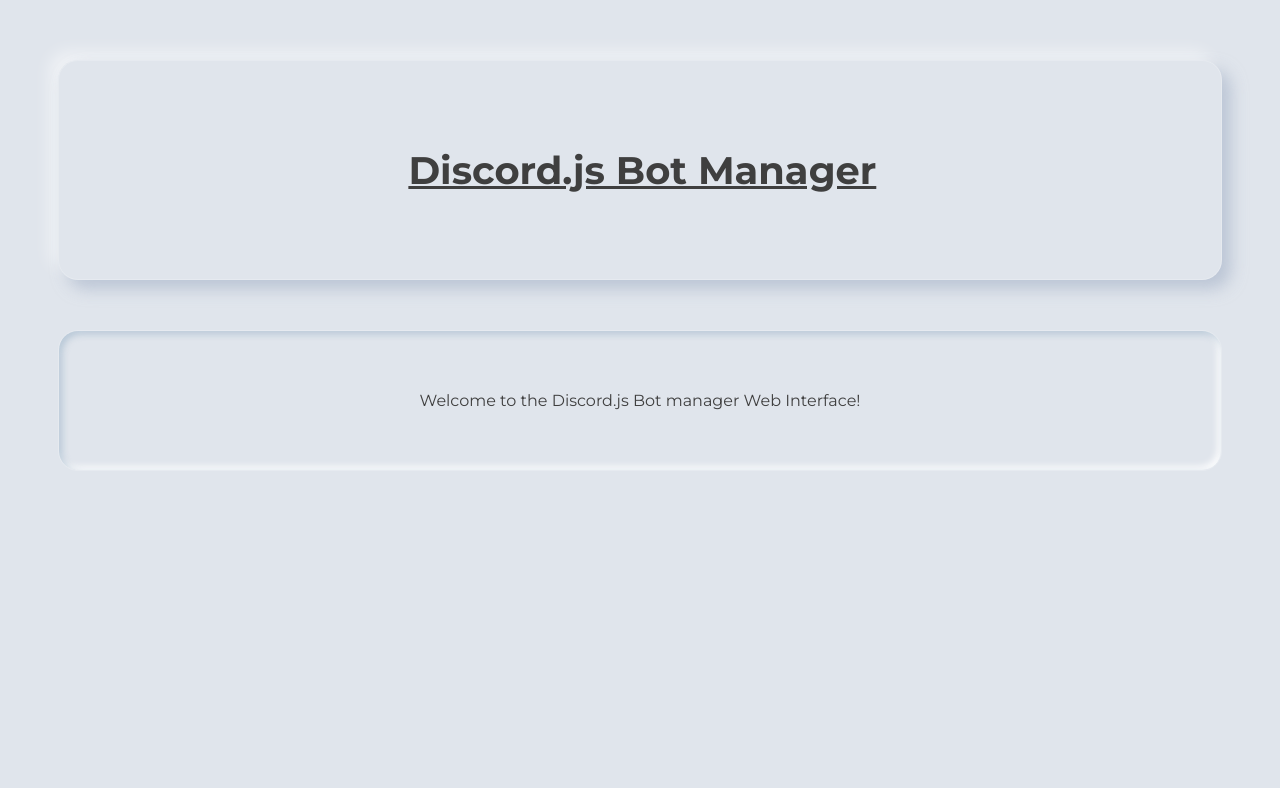
Repository: O-Schell/Discord-Bot-Manager
Page: Web_Interface/main.HTML
These files come from the project's save history. The page is drawn as it stood at one moment and after the next save; the edit follows.
The browser window is 1280 px wide. The pictures show the whole page.
The style sheet was rebuilt from its Sass, Less or Tailwind sources for each picture, by a compiler version that may differ from the author's.

Above is the page before, as saved 2020-11-23 10:04:31.
Not found: Web_Interface/script.js

After the next save:
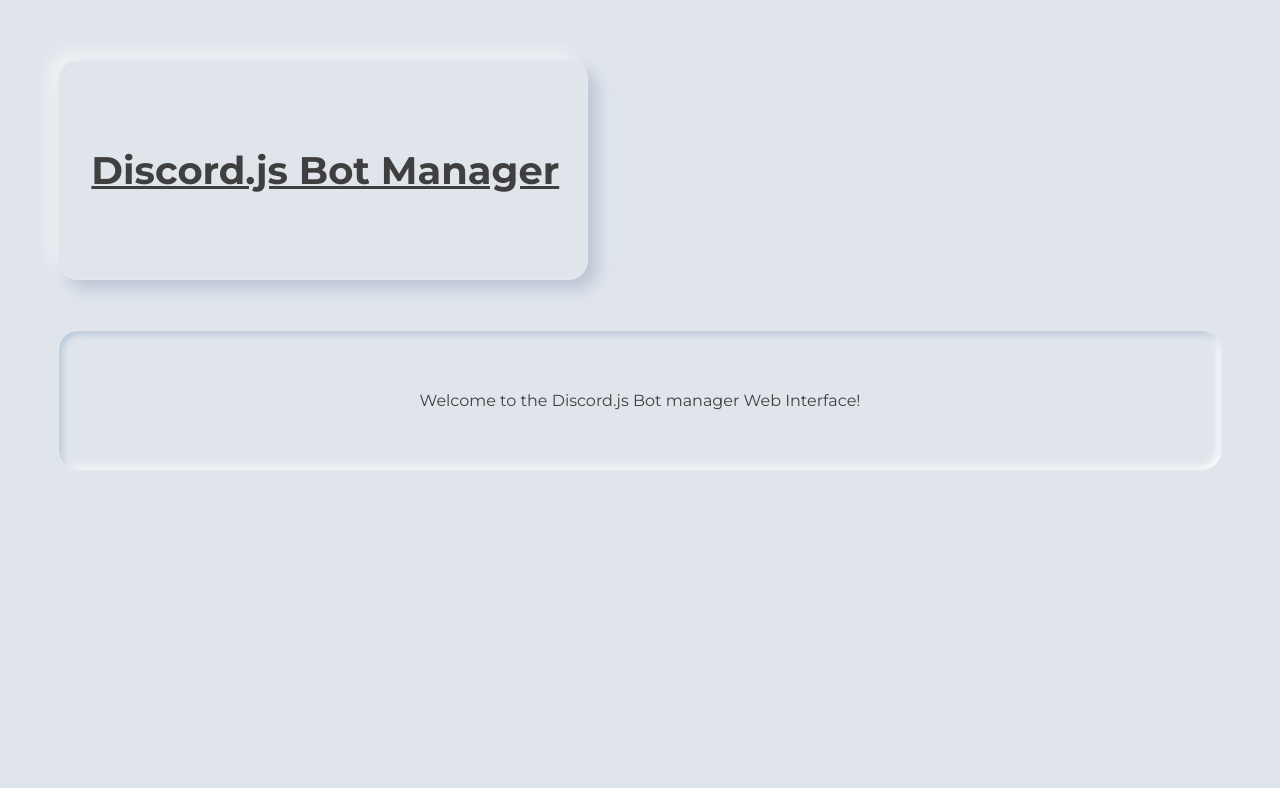
Saved 47 s later.
--- a/Web_Interface/main.HTML
+++ b/Web_Interface/main.HTML
@@ -15,7 +15,7 @@
         padding-right: 50px;
       "
     >
-      <div class="row" >
+      <div class="row" style="width: max-content;" >
         <div class="card-w col-md-4">
           <div class="card neumorphism">
             <div class="card__icon"></div>

After the 2 saves that followed:
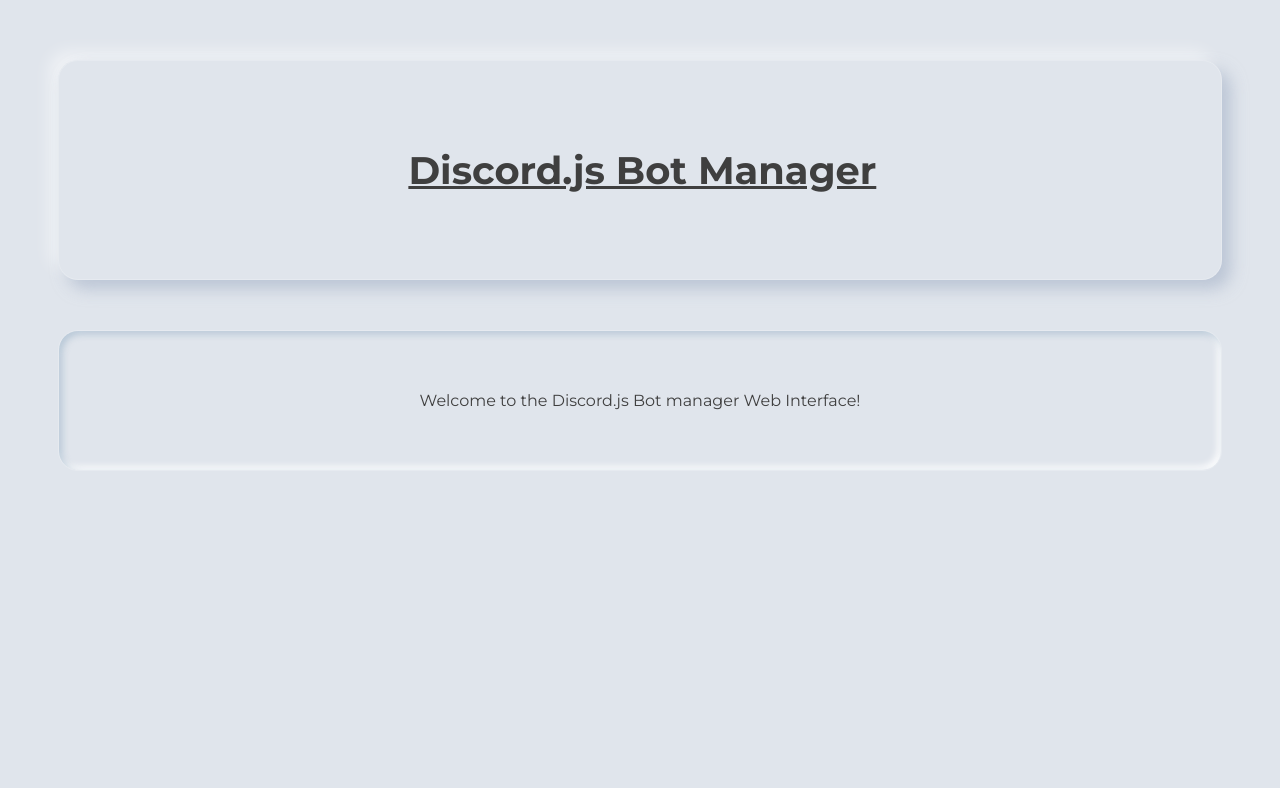
The 2 saves are shown as one change because 1 left the picture as it was.
The last was saved 48 s later.
--- a/Web_Interface/main.HTML
+++ b/Web_Interface/main.HTML
@@ -15,11 +15,11 @@
         padding-right: 50px;
       "
     >
-      <div class="row" style="width: max-content;" >
+      <div class="row">
         <div class="card-w col-md-4">
           <div class="card neumorphism">
             <div class="card__icon"></div>
-            <div class="card__text">
+            <div class="card__text" style="width: max-content;">
               <h1><u>Discord.js Bot Manager</u></h1>
             </div>
           </div>
